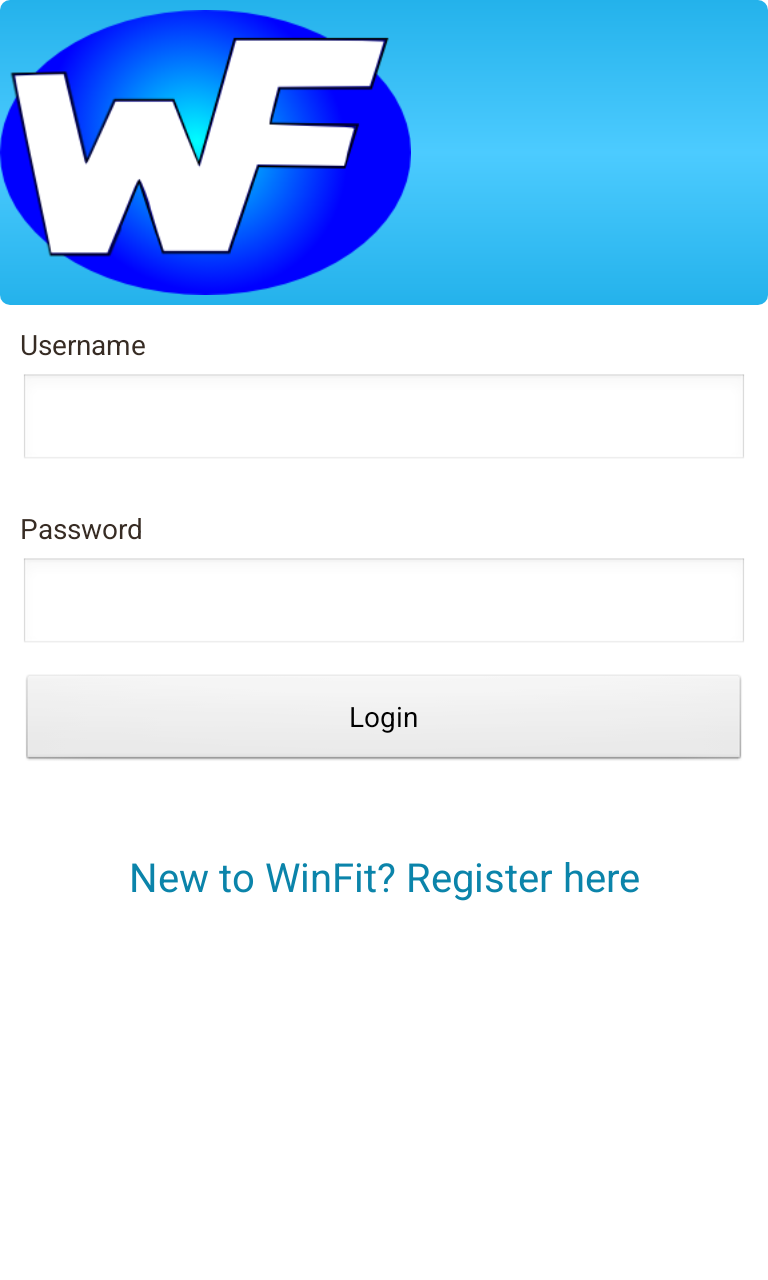
Repository: jwisch91/CS390-Project
Layout: workspace/testing/res/layout/login.xml
These files come from the project's save history. The layout is drawn as it stood at one moment and after the next save; the edit follows.
It is drawn on a 768 x 1280 px phone screen (xhdpi) without system bars, with theme android:Theme.NoTitleBar; the app's code is not run.

Above is the layout before, as saved 2013-03-31 21:55:39.

### workspace/testing/res/layout/login.xml
<?xml version="1.0" encoding="utf-8"?>
<ScrollView
  xmlns:android="http://schemas.android.com/apk/res/android"
  android:layout_width="fill_parent"
  android:layout_height="fill_parent"
  android:fillViewport="true">
  <RelativeLayout
        android:layout_width="fill_parent"
        android:layout_height="wrap_content"
        android:background="#ffffff">

        <!--  Header  Starts-->
        <LinearLayout android:id="@+id/header"
                android:layout_width="fill_parent"
                android:layout_height="wrap_content"
                android:background="@layout/header_gradient"
                android:paddingTop="5dip"
                android:paddingBottom="5dip">
                <!-- Logo Start-->

            <ImageView
                android:layout_width="wrap_content"
                android:layout_height="wrap_content"
                android:layout_gravity="center_horizontal"
                android:src="@drawable/logo" />

                <!-- Logo Ends -->
        </LinearLayout>
        <!--  Header Ends -->
        <!-- Footer Start -->
        <!-- <LinearLayout android:id="@+id/footer"
                android:layout_width="fill_parent"
                android:layout_height="90dip"
                android:background="@layout/footer_repeat"
                android:layout_alignParentBottom="true">
        </LinearLayout>-->
        <!-- Footer Ends -->

        <!-- Login Form -->
        <LinearLayout
          android:orientation="vertical"
          android:layout_width="match_parent"
          android:layout_height="wrap_content"
          android:padding="10dip"
          android:layout_below="@id/header">
          <!--  Email Label -->
          <TextView android:layout_width="fill_parent"
                android:layout_height="wrap_content"
                android:textColor="#372c24"
                android:text="Username"/>
          <EditText android:layout_width="fill_parent"
                android:layout_height="wrap_content"
                android:layout_marginTop="5dip"
                android:layout_marginBottom="20dip"
                android:singleLine="true"/>
          <!--  Password Label -->
          <TextView android:layout_width="fill_parent"
                android:layout_height="wrap_content"
                android:textColor="#372c24"
                android:text="Password"/>
          <EditText android:layout_width="fill_parent"
                android:layout_height="wrap_content"
                android:layout_marginTop="5dip"
                android:singleLine="true"
                android:password="true"/>
          <!-- Login button -->
          <Button android:id="@+id/btnLogin"
                android:layout_width="fill_parent"
                android:layout_height="wrap_content"
                android:layout_marginTop="10dip"
                android:text="Login"/>
          <!-- Link to Registration Screen -->
          <TextView android:id="@+id/link_to_register"
                android:layout_width="fill_parent"
                android:layout_height="wrap_content"
                android:layout_marginTop="40dip"
                android:layout_marginBottom="40dip"
                android:text="New to WinFit? Register here"
                android:gravity="center"
                android:textSize="20dip"
                android:textColor="#0b84aa"/>

        </LinearLayout>
        <!-- Login Form Ends -->
  </RelativeLayout>
</ScrollView>

### workspace/testing/res/layout/footer_repeat.xml
<?xml version="1.0" encoding="utf-8"?>
<bitmap xmlns:android="http://schemas.android.com/apk/res/android"
    android:src="@drawable/repeat_bg"
    android:tileMode="repeat" />

Loaded but not shown: workspace/testing/res/layout/header_gradient.xml (common file)

After the next save:
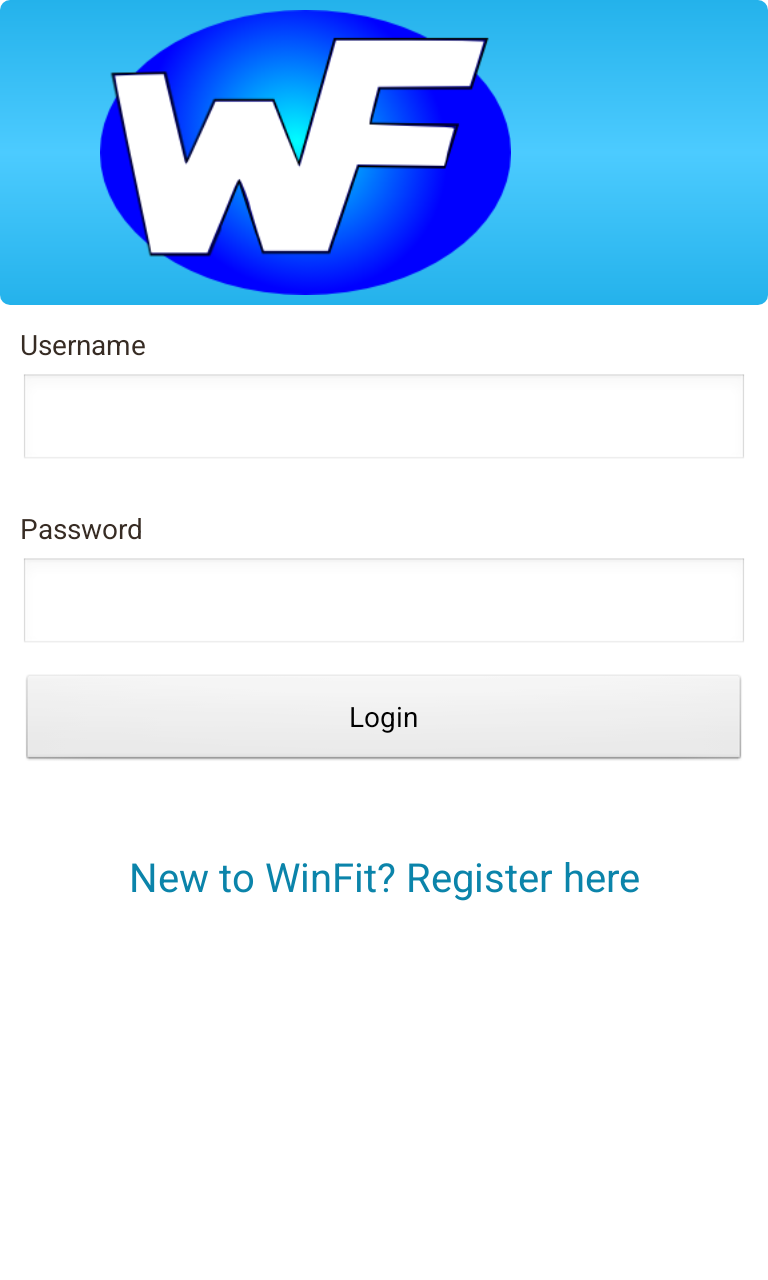
Saved 105 s later.
--- a/workspace/testing/res/layout/login.xml
+++ b/workspace/testing/res/layout/login.xml
@@ -21,7 +21,7 @@
             <ImageView
                 android:layout_width="wrap_content"
                 android:layout_height="wrap_content"
-                android:layout_gravity="center_horizontal"
+                android:layout_marginLeft="50dip"
                 android:src="@drawable/logo" />
 
                 <!-- Logo Ends -->

After the save that followed:
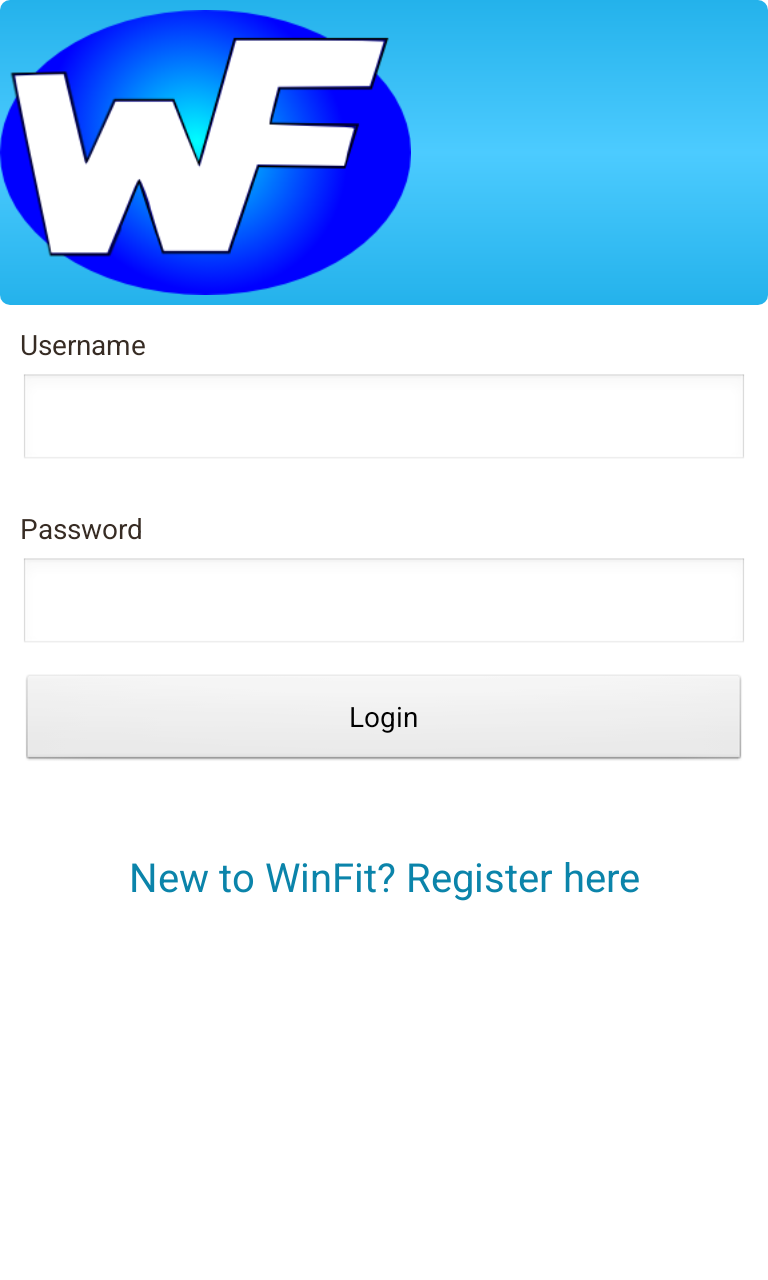
Saved 55 s later.
--- a/workspace/testing/res/layout/login.xml
+++ b/workspace/testing/res/layout/login.xml
@@ -21,7 +21,7 @@
             <ImageView
                 android:layout_width="wrap_content"
                 android:layout_height="wrap_content"
-                android:layout_marginLeft="50dip"
+                android:gravity="center"
                 android:src="@drawable/logo" />
 
                 <!-- Logo Ends -->
